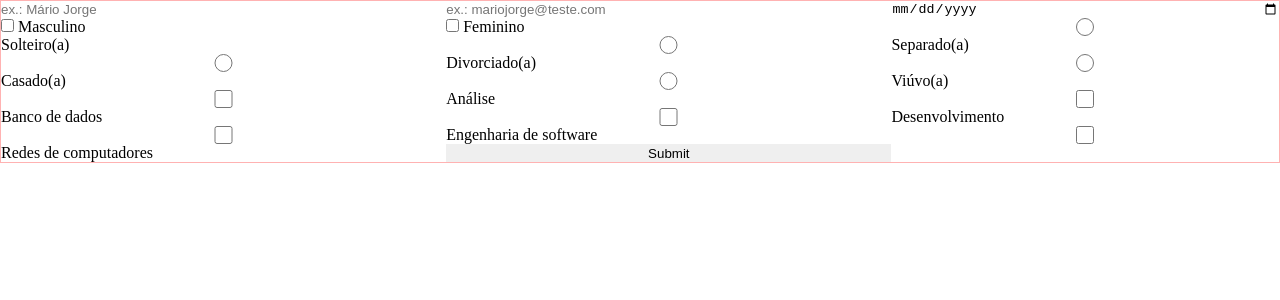
Repository: mjRibeiroTriscal/UVA_Projects
Page: Proj_A1_AVA2_2020_1/index.html
The author's editor kept a copy of each file at every save. The page is drawn from the files as they stood at one save, then again after the next save.
The browser window is 1280 px wide. The pictures show the whole page.

Above is the page before, as saved 2020-03-13 11:13:06.

### Proj_A1_AVA2_2020_1/index.html
<!--
*   @project     A1_AVA2_UVA_2020_1
*   @author      Mário Jorge (mariojgmaster@yahoo.com.br)
*   @Git         MJRibeiroTriscal (https://github.com/mjRibeiroTriscal)
-->

<html>

<head>
    <meta charset="UTF-8">
    <title>Tell Me About You</title>
    <!-- <link rel="icon" href="./favicon.png" sizes="16x16 32x32" type="image/png"> -->
    <script src="./script.js"></script>
    <link rel="stylesheet" href="./style.css" />
</head>

<body>
    <div id="container">

        <header>

        </header>

        <section>

            <form name="formUva" class="container" action="http://google.co">

                <input id="nome" type="text" name="nome" placeholder="ex.: Mário Jorge" />
                <input id="email" type="text" name="email" placeholder="ex.: mariojorge@teste.com" />

                <input id="dataNasc" type="date" name="dataNasc" />

                <div>
                    <input id="masc" type="checkbox" name="masc" />
                    <label for="masc">Masculino</label>
                </div>
                <div>
                    <input id="fem" type="checkbox" name="fem" />
                    <label for="fem">Feminino</label>
                </div>

                <input id="solteiro" type="radio" name="estCivil" />
                <label for="solteiro">Solteiro(a)</label>
                <input id="separado" type="radio" name="estCivil" />
                <label for="separado">Separado(a)</label>
                <input id="divorciado" type="radio" name="estCivil" />
                <label for="divorciado">Divorciado(a)</label>
                <input id="casado" type="radio" name="estCivil" />
                <label for="casado">Casado(a)</label>
                <input id="viuvo" type="radio" name="estCivil" />
                <label for="viuvo">Viúvo(a)</label>

                <input id="analise" type="checkbox" name="analise" /> Análise
                <input id="bancoDados" type="checkbox" name="bancoDados" /> Banco de dados
                <input id="desenvolvimento" type="checkbox" name="desenvolvimento" /> Desenvolvimento
                <input id="engenhariaSoftware" type="checkbox" name="engenhariaSoftware" /> Engenharia de software
                <input id="redesComputadores" type="checkbox" name="redesComputadores" /> Redes de computadores

                <input type="submit" value="Submit">

            </form>

        </section>

        <footer>

        </footer>

</body>

</html>

### Proj_A1_AVA2_2020_1/script.js
/*
 *   @project     A1_AVA2_UVA_2020_1
 *   @author      Mário Jorge (mariojgmaster@yahoo.com.br)
 *   @Git         MJRibeiroTriscal (https://github.com/mjRibeiroTriscal)
 */

### Proj_A1_AVA2_2020_1/style.css
/*
 *   @project     A1_AVA2_UVA_2020_1
 *   @author      Mário Jorge (mariojgmaster@yahoo.com.br)
 *   @Git         MJRibeiroTriscal (https://github.com/mjRibeiroTriscal)
 */


/* General Configs */

* {
    margin: 0px;
    padding: 0px;
}

input {
    border: none;
    outline: none;
    box-shadow: 0;
}

.container {
    display: grid;
    border: 1px solid rgba(255, 0, 0, 0.3);
    grid-template-columns: auto auto auto;
}

After the next save:
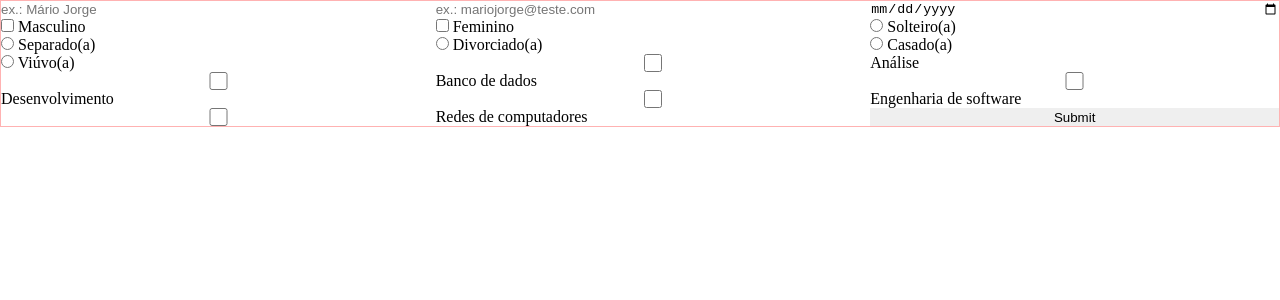
Saved 57 s later.
--- a/Proj_A1_AVA2_2020_1/index.html
+++ b/Proj_A1_AVA2_2020_1/index.html
@@ -39,16 +39,26 @@
                     <label for="fem">Feminino</label>
                 </div>
 
-                <input id="solteiro" type="radio" name="estCivil" />
-                <label for="solteiro">Solteiro(a)</label>
-                <input id="separado" type="radio" name="estCivil" />
-                <label for="separado">Separado(a)</label>
-                <input id="divorciado" type="radio" name="estCivil" />
-                <label for="divorciado">Divorciado(a)</label>
-                <input id="casado" type="radio" name="estCivil" />
-                <label for="casado">Casado(a)</label>
-                <input id="viuvo" type="radio" name="estCivil" />
-                <label for="viuvo">Viúvo(a)</label>
+                <div>
+                    <input id="solteiro" type="radio" name="estCivil" />
+                    <label for="solteiro">Solteiro(a)</label>
+                </div>
+                <div>
+                    <input id="separado" type="radio" name="estCivil" />
+                    <label for="separado">Separado(a)</label>
+                </div>
+                <div>
+                    <input id="divorciado" type="radio" name="estCivil" />
+                    <label for="divorciado">Divorciado(a)</label>
+                </div>
+                <div>
+                    <input id="casado" type="radio" name="estCivil" />
+                    <label for="casado">Casado(a)</label>
+                </div>
+                <div>
+                    <input id="viuvo" type="radio" name="estCivil" />
+                    <label for="viuvo">Viúvo(a)</label>
+                </div>
 
                 <input id="analise" type="checkbox" name="analise" /> Análise
                 <input id="bancoDados" type="checkbox" name="bancoDados" /> Banco de dados
